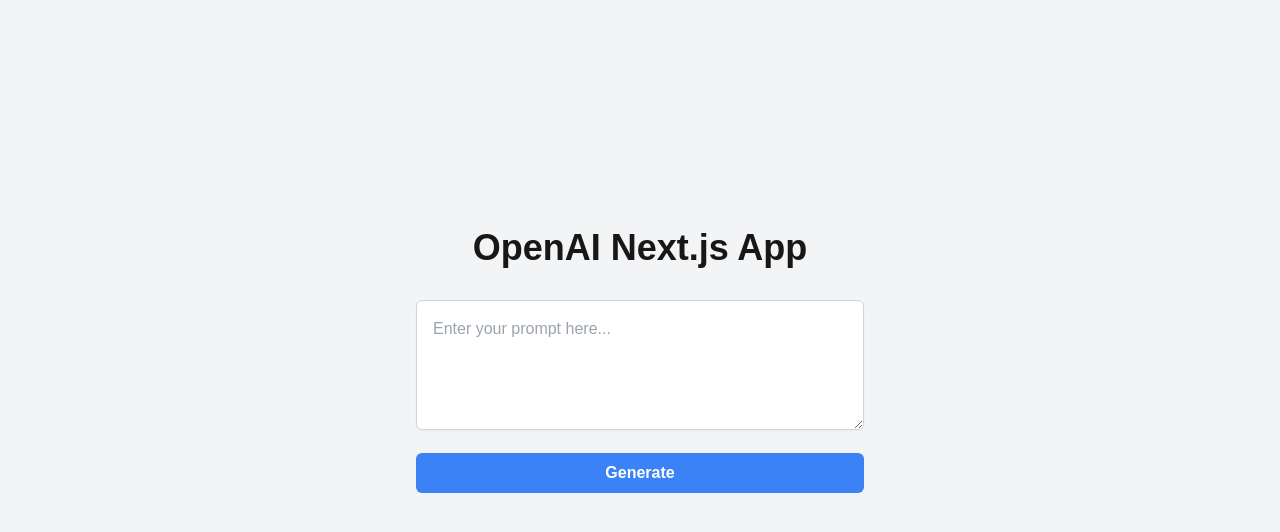
Repository: YasirGaji/BibleQuery
Page: /
These files come from the project's save history. The page is drawn as it stood at one moment and after the next save; the edit follows.
The browser window is 1280 px wide. The pictures show the whole page.
The project was rebuilt for these pictures with package versions that can differ from the ones it lists, and the page was loaded fresh each time. The framework's server and built-in components were replaced by stand-ins that run in the browser. Also part of the build but not shown: next.config.ts.

Above is the page before, as saved 2024-10-24 05:21:47.

After the next save:
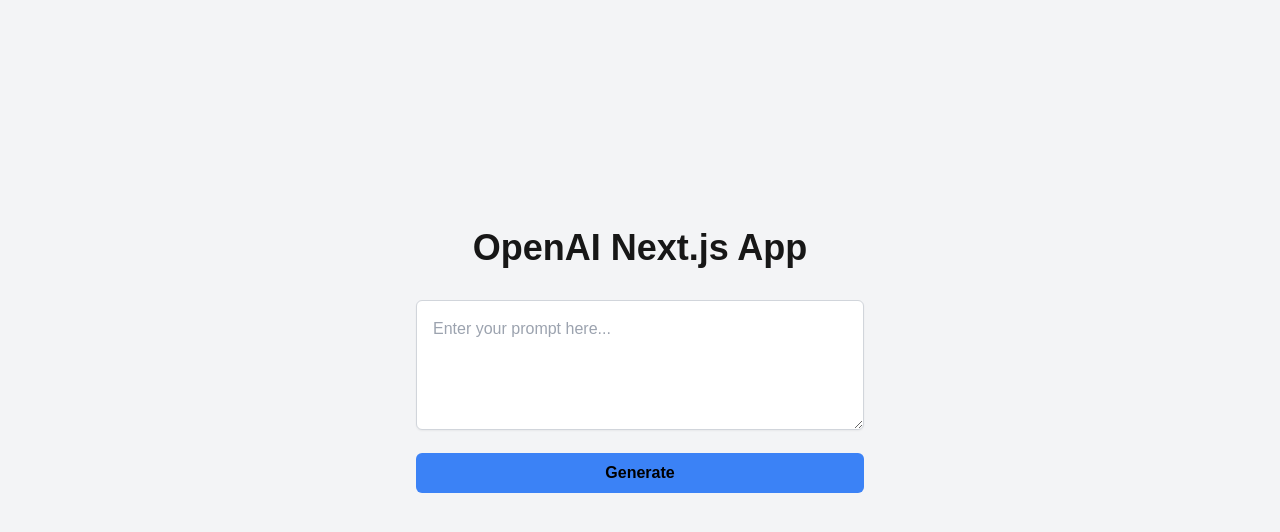
Saved 104 s later.
--- a/src/app/page.tsx
+++ b/src/app/page.tsx
@@ -36,7 +36,7 @@
         />
         <button
           type="submit"
-          className="w-full py-2 bg-blue-500 text-white font-semibold rounded-md hover:bg-blue-600 transition"
+          className="w-full py-2 bg-blue-500 text-black font-semibold rounded-md hover:bg-blue-600 transition"
         >
           Generate
         </button>

After the save that followed:
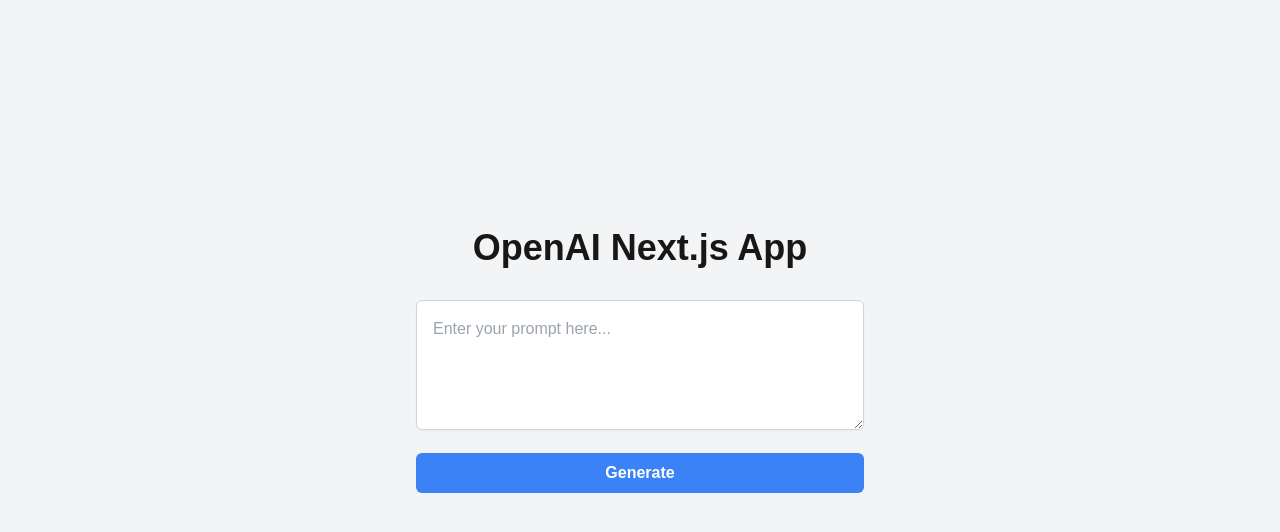
Saved 38 s later.
--- a/src/app/page.tsx
+++ b/src/app/page.tsx
@@ -36,14 +36,14 @@
         />
         <button
           type="submit"
-          className="w-full py-2 bg-blue-500 text-black font-semibold rounded-md hover:bg-blue-600 transition"
+          className="w-full py-2 bg-blue-500 text-white font-semibold rounded-md hover:bg-blue-600 transition"
         >
           Generate
         </button>
       </form>
       {result && (
         <div className="w-full max-w-md mt-8 p-4 bg-white rounded-md shadow-md">
-          <h2 className="text-2xl font-semibold mb-4">Result:</h2>
+          <h2 className="text-2xl text font-semibold mb-4">Result:</h2>
           <p>{result}</p>
         </div>
       )}
